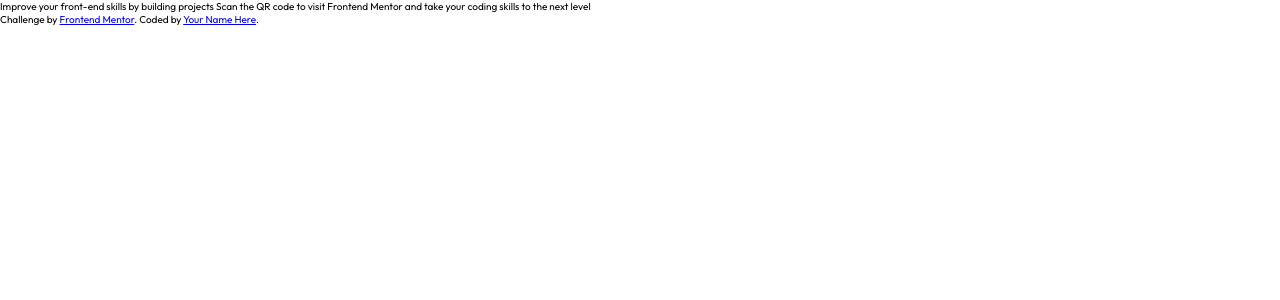
Repository: thaibaocoder1/qr-code-component
Page: index.html
These files come from the project's save history. The page is drawn as it stood at one moment and after a run of saves; the edit follows.
The browser window is 1280 px wide. The pictures show the whole page.

Above is the page before, as saved 2023-01-05 14:51:22.

After the next 5 saves:
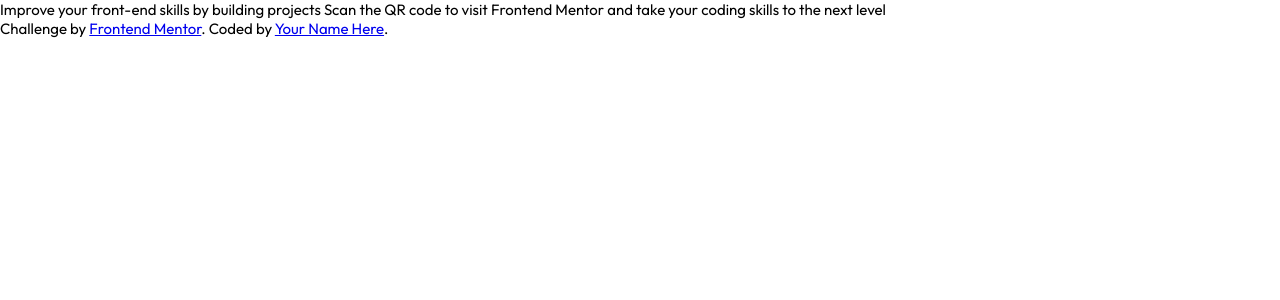
The 5 saves are shown as one change because they came seconds apart.
The last was saved 15 s later.
--- a/styles.css
+++ b/styles.css
@@ -6,11 +6,9 @@
     outline: none;
     transition: all 0.2s linear;
 }
-html {
-    font-size: 62.5%;
-}
 body {
     font-family: "Outfit", sans-serif;
+    font-size: 15px;
     text-rendering: optimizeLegibility;
     scroll-behavior: smooth;
 }
